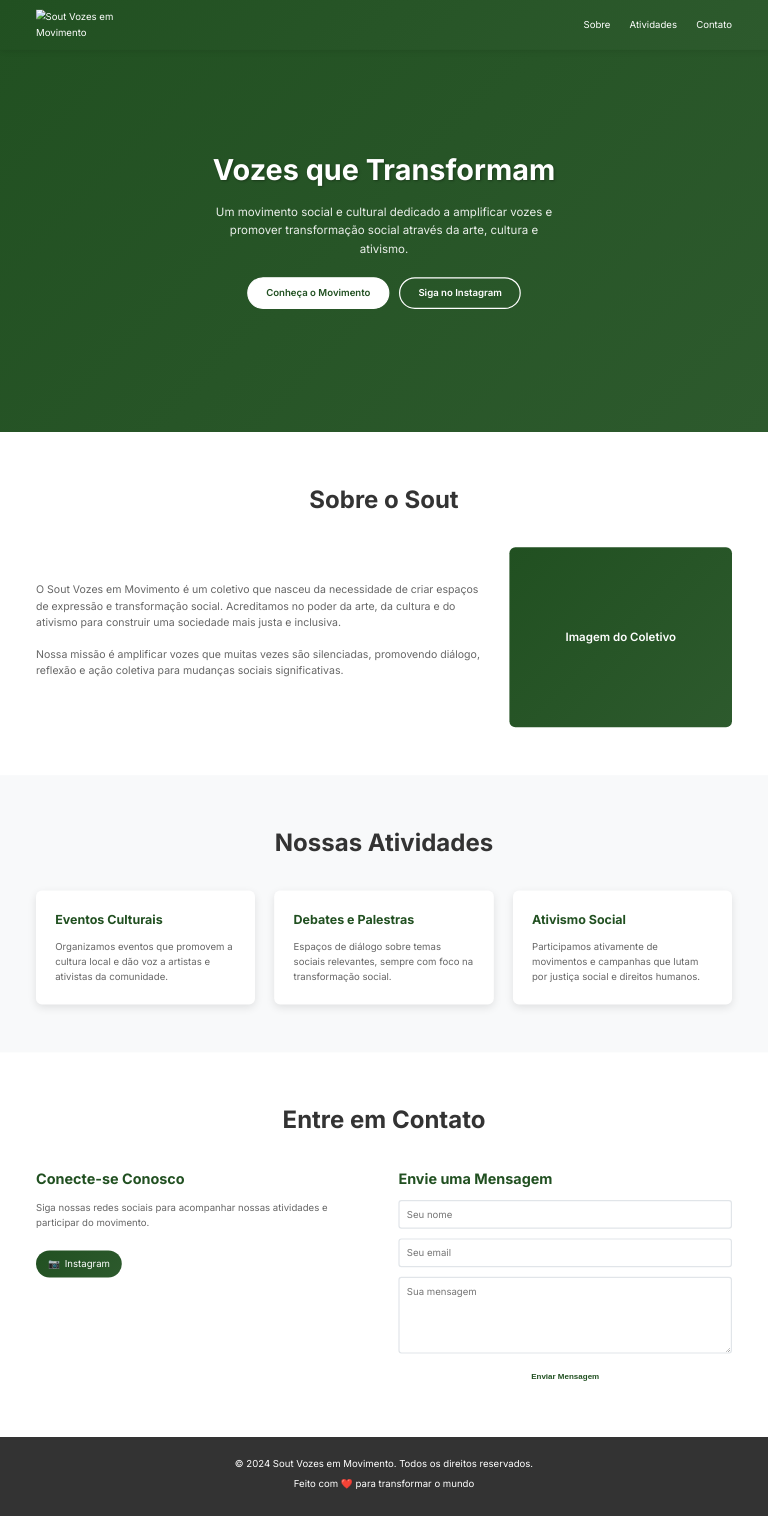
Repository: farukzahra/sout
Page: index.html
The author's editor kept a copy of each file at every save. The page is drawn from the files as they stood at one save, then again after the next save.
The browser window is 1280 px wide. The pictures show the whole page, at 60% of full size.

Above is the page before, as saved 2025-10-02 12:57:36.
Not found: logo.png

### index.html
<!DOCTYPE html>
<html lang="pt-BR">
<head>
    <meta charset="UTF-8">
    <meta name="viewport" content="width=device-width, initial-scale=1.0">
    <title>Sout Vozes em Movimento</title>
    <meta name="description" content="Sout Vozes em Movimento - Movimento social e cultural">
    <link rel="stylesheet" href="style.css">
    <link href="https://fonts.googleapis.com/css2?family=Inter:wght@300;400;600;700&display=swap" rel="stylesheet">
</head>
<body>
    <header class="header">
        <nav class="nav">
            <div class="nav-brand">
                <img src="logo.png" alt="Sout Vozes em Movimento" class="logo-img">
            </div>
            <ul class="nav-menu">
                <li><a href="#sobre">Sobre</a></li>
                <li><a href="#atividades">Atividades</a></li>
                <li><a href="#contato">Contato</a></li>
            </ul>
        </nav>
    </header>

    <main>
        <section class="hero">
            <div class="hero-content">
                <h2>Vozes que Transformam</h2>
                <p>Um movimento social e cultural dedicado a amplificar vozes e promover transformação social através da arte, cultura e ativismo.</p>
                <div class="hero-buttons">
                    <a href="#sobre" class="btn btn-primary">Conheça o Movimento</a>
                    <a href="https://www.instagram.com/sout_vozesemmovimento/" target="_blank" class="btn btn-secondary">Siga no Instagram</a>
                </div>
            </div>
        </section>

        <section id="sobre" class="section">
            <div class="container">
                <h2>Sobre o Sout</h2>
                <div class="about-content">
                    <div class="about-text">
                        <p>O Sout Vozes em Movimento é um coletivo que nasceu da necessidade de criar espaços de expressão e transformação social. Acreditamos no poder da arte, da cultura e do ativismo para construir uma sociedade mais justa e inclusiva.</p>
                        <p>Nossa missão é amplificar vozes que muitas vezes são silenciadas, promovendo diálogo, reflexão e ação coletiva para mudanças sociais significativas.</p>
                    </div>
                    <div class="about-image">
                        <div class="placeholder-image">
                            <span>Imagem do Coletivo</span>
                        </div>
                    </div>
                </div>
            </div>
        </section>

        <section id="atividades" class="section section-alt">
            <div class="container">
                <h2>Nossas Atividades</h2>
                <div class="activities-grid">
                    <div class="activity-card">
                        <h3>Eventos Culturais</h3>
                        <p>Organizamos eventos que promovem a cultura local e dão voz a artistas e ativistas da comunidade.</p>
                    </div>
                    <div class="activity-card">
                        <h3>Debates e Palestras</h3>
                        <p>Espaços de diálogo sobre temas sociais relevantes, sempre com foco na transformação social.</p>
                    </div>
                    <div class="activity-card">
                        <h3>Ativismo Social</h3>
                        <p>Participamos ativamente de movimentos e campanhas que lutam por justiça social e direitos humanos.</p>
                    </div>
                </div>
            </div>
        </section>

        <section id="contato" class="section">
            <div class="container">
                <h2>Entre em Contato</h2>
                <div class="contact-content">
                    <div class="contact-info">
                        <h3>Conecte-se Conosco</h3>
                        <p>Siga nossas redes sociais para acompanhar nossas atividades e participar do movimento.</p>
                        <div class="social-links">
                            <a href="https://www.instagram.com/sout_vozesemmovimento/" target="_blank" class="social-link">
                                <span>📷</span> Instagram
                            </a>
                        </div>
                    </div>
                    <div class="contact-form">
                        <h3>Envie uma Mensagem</h3>
                        <form>
                            <input type="text" placeholder="Seu nome" required>
                            <input type="email" placeholder="Seu email" required>
                            <textarea placeholder="Sua mensagem" rows="5" required></textarea>
                            <button type="submit" class="btn btn-primary">Enviar Mensagem</button>
                        </form>
                    </div>
                </div>
            </div>
        </section>
    </main>

    <footer class="footer">
        <div class="container">
            <p>&copy; 2024 Sout Vozes em Movimento. Todos os direitos reservados.</p>
            <p>Feito com ❤️ para transformar o mundo</p>
        </div>
    </footer>

    <script>
        // Smooth scrolling para links internos
        document.querySelectorAll('a[href^="#"]').forEach(anchor => {
            anchor.addEventListener('click', function (e) {
                e.preventDefault();
                const target = document.querySelector(this.getAttribute('href'));
                if (target) {
                    target.scrollIntoView({
                        behavior: 'smooth',
                        block: 'start'
                    });
                }
            });
        });

        // Formulário de contato (funcionalidade básica)
        document.querySelector('form').addEventListener('submit', function(e) {
            e.preventDefault();
            alert('Obrigado pela sua mensagem! Entraremos em contato em breve.');
            this.reset();
        });
    </script>
</body>
</html>

### style.css
/* Reset e configurações básicas */
* {
    margin: 0;
    padding: 0;
    box-sizing: border-box;
}

body {
    font-family: 'Inter', sans-serif;
    line-height: 1.6;
    color: #333;
    background-color: #fff;
}

.container {
    max-width: 1200px;
    margin: 0 auto;
    padding: 0 20px;
}

/* Header */
.header {
    background: linear-gradient(135deg, #215021 0%, #2d5a2d 100%);
    color: white;
    padding: 1rem 0;
    position: fixed;
    top: 0;
    width: 100%;
    z-index: 1000;
    box-shadow: 0 2px 10px rgba(0,0,0,0.1);
}

.nav {
    display: flex;
    justify-content: space-between;
    align-items: center;
    max-width: 1200px;
    margin: 0 auto;
    padding: 0 20px;
}

.logo-img {
    height: 50px;
    width: auto;
    max-width: 200px;
    object-fit: contain;
}

.nav-menu {
    display: flex;
    list-style: none;
    gap: 2rem;
}

.nav-menu a {
    color: white;
    text-decoration: none;
    font-weight: 500;
    transition: opacity 0.3s ease;
}

.nav-menu a:hover {
    opacity: 0.8;
}

/* Hero Section */
.hero {
    background: linear-gradient(135deg, #215021 0%, #2d5a2d 100%);
    color: white;
    padding: 120px 0 80px;
    text-align: center;
    min-height: 100vh;
    display: flex;
    align-items: center;
    justify-content: center;
}


.hero-content h2 {
    font-size: 3rem;
    font-weight: 700;
    margin-bottom: 1rem;
    text-shadow: 2px 2px 4px rgba(0,0,0,0.3);
}

.hero-content {
    max-width: 800px;
    margin: 0 auto;
    padding: 0 20px;
}

.hero-content p {
    font-size: 1.2rem;
    margin-bottom: 2rem;
    max-width: 600px;
    margin-left: auto;
    margin-right: auto;
    opacity: 0.9;
}

.hero-buttons {
    display: flex;
    gap: 1rem;
    justify-content: center;
    flex-wrap: wrap;
}

/* Botões */
.btn {
    display: inline-block;
    padding: 12px 30px;
    text-decoration: none;
    border-radius: 50px;
    font-weight: 600;
    transition: all 0.3s ease;
    border: 2px solid transparent;
}

.btn-primary {
    background: white;
    color: #215021;
    border-color: white;
}

.btn-primary:hover {
    background: transparent;
    color: white;
    border-color: white;
}

.btn-secondary {
    background: transparent;
    color: white;
    border-color: white;
}

.btn-secondary:hover {
    background: white;
    color: #215021;
}

/* Seções */
.section {
    padding: 80px 0;
}

.section-alt {
    background-color: #f8f9fa;
}

.section h2 {
    text-align: center;
    font-size: 2.5rem;
    margin-bottom: 3rem;
    color: #333;
}

/* Sobre */
.about-content {
    display: grid;
    grid-template-columns: 2fr 1fr;
    gap: 3rem;
    align-items: center;
}

.about-text p {
    font-size: 1.1rem;
    margin-bottom: 1.5rem;
    color: #666;
}

.placeholder-image {
    background: linear-gradient(135deg, #215021 0%, #2d5a2d 100%);
    height: 300px;
    border-radius: 10px;
    display: flex;
    align-items: center;
    justify-content: center;
    color: white;
    font-size: 1.2rem;
    font-weight: 600;
}

/* Atividades */
.activities-grid {
    display: grid;
    grid-template-columns: repeat(auto-fit, minmax(300px, 1fr));
    gap: 2rem;
}

.activity-card {
    background: white;
    padding: 2rem;
    border-radius: 10px;
    box-shadow: 0 5px 15px rgba(0,0,0,0.1);
    transition: transform 0.3s ease, box-shadow 0.3s ease;
}

.activity-card:hover {
    transform: translateY(-5px);
    box-shadow: 0 10px 25px rgba(0,0,0,0.15);
}

.activity-card h3 {
    color: #215021;
    margin-bottom: 1rem;
    font-size: 1.3rem;
}

.activity-card p {
    color: #666;
    line-height: 1.6;
}

/* Contato */
.contact-content {
    display: grid;
    grid-template-columns: 1fr 1fr;
    gap: 3rem;
}

.contact-info h3 {
    color: #215021;
    margin-bottom: 1rem;
    font-size: 1.5rem;
}

.contact-info p {
    color: #666;
    margin-bottom: 2rem;
}

.social-links {
    display: flex;
    gap: 1rem;
}

.social-link {
    display: flex;
    align-items: center;
    gap: 0.5rem;
    padding: 10px 20px;
    background: linear-gradient(135deg, #215021 0%, #2d5a2d 100%);
    color: white;
    text-decoration: none;
    border-radius: 25px;
    transition: transform 0.3s ease;
}

.social-link:hover {
    transform: translateY(-2px);
}

.contact-form h3 {
    color: #215021;
    margin-bottom: 1rem;
    font-size: 1.5rem;
}

.contact-form form {
    display: flex;
    flex-direction: column;
    gap: 1rem;
}

.contact-form input,
.contact-form textarea {
    padding: 12px;
    border: 2px solid #e1e5e9;
    border-radius: 5px;
    font-family: inherit;
    font-size: 1rem;
    transition: border-color 0.3s ease;
}

.contact-form input:focus,
.contact-form textarea:focus {
    outline: none;
    border-color: #215021;
}

.contact-form textarea {
    resize: vertical;
    min-height: 120px;
}

/* Footer */
.footer {
    background: #333;
    color: white;
    text-align: center;
    padding: 2rem 0;
}

.footer p {
    margin-bottom: 0.5rem;
}

/* Responsividade */
@media (max-width: 768px) {
    .nav {
        flex-direction: column;
        gap: 1rem;
    }

    .nav-menu {
        gap: 1rem;
    }

    .logo-img {
        height: 40px;
        max-width: 150px;
    }

    .hero-content h2 {
        font-size: 2rem;
    }

    .hero-buttons {
        flex-direction: column;
        align-items: center;
    }

    .about-content,
    .contact-content {
        grid-template-columns: 1fr;
        gap: 2rem;
    }

    .activities-grid {
        grid-template-columns: 1fr;
    }

    .section h2 {
        font-size: 2rem;
    }
}

@media (max-width: 480px) {
    .hero {
        padding: 100px 0 60px;
    }

    .hero-content h2 {
        font-size: 1.8rem;
    }

    .hero-content p {
        font-size: 1rem;
    }

    .section {
        padding: 60px 0;
    }

    .container {
        padding: 0 15px;
    }
}

After the next save:
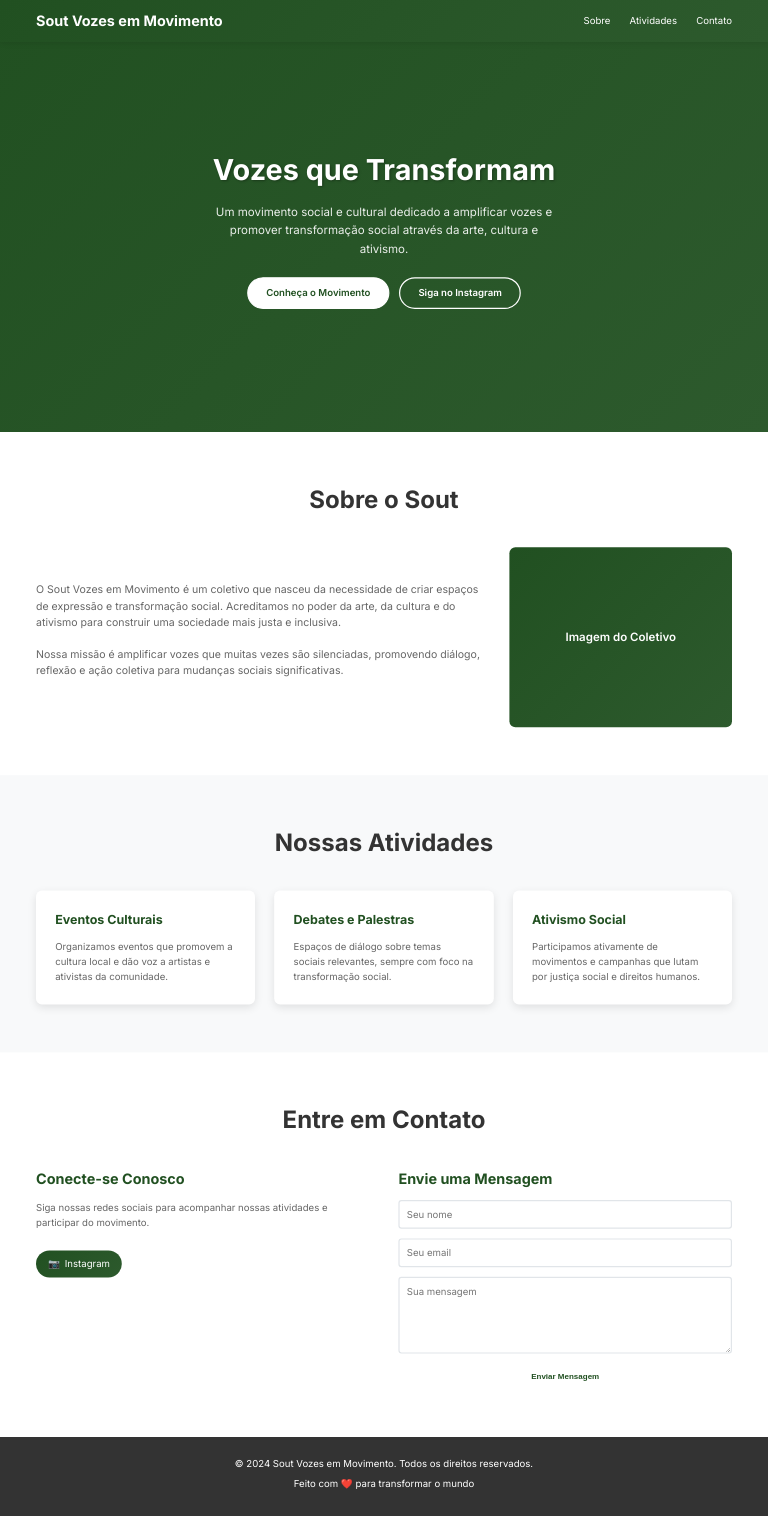
Saved 27 s later.
--- a/index.html
+++ b/index.html
@@ -12,7 +12,7 @@
     <header class="header">
         <nav class="nav">
             <div class="nav-brand">
-                <img src="logo.png" alt="Sout Vozes em Movimento" class="logo-img">
+                <h1>Sout Vozes em Movimento</h1>
             </div>
             <ul class="nav-menu">
                 <li><a href="#sobre">Sobre</a></li>
